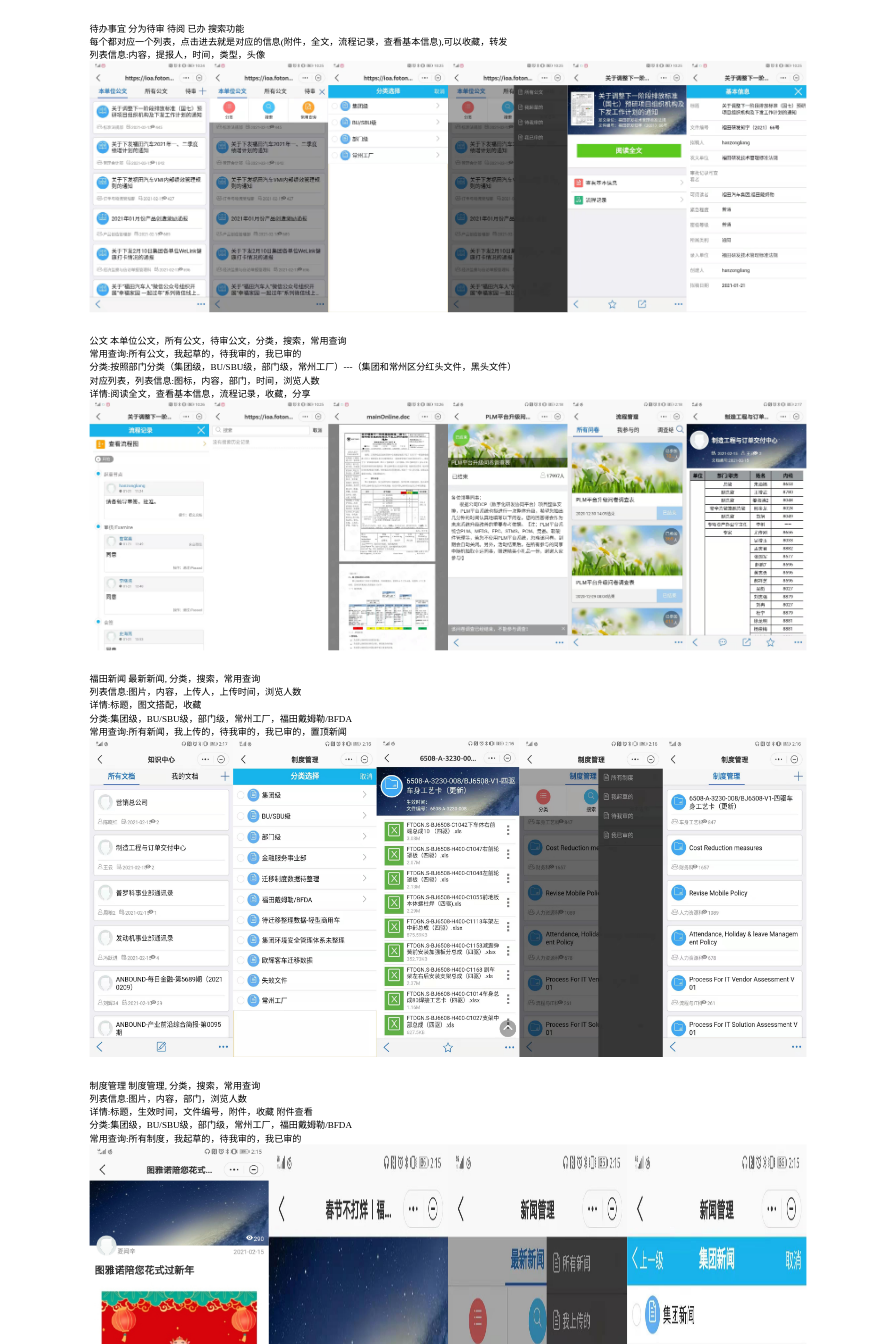
Repository: ch230/2021
Page: A.html
The author's editor kept a copy of each file at every save. The page is drawn from the files as they stood at one save, then again after the next save.
The browser window is 1280 px wide. The pictures show the part of the page from y = 0 to 1920 px (the page is 6471 px tall before and 21404 px after), at 70% of full size.

Above is the page before, as saved 2021-02-15 14:47:26.

### A.html
<!DOCTYPE html>
<html lang="en">
  <head>
    <meta charset="UTF-8" />
    <meta name="viewport" content="width=device-width, initial-scale=1.0" />
    <title>Document</title>
    <style>
      * {
        padding: 0;
        margin: 0;
        list-style: none;
      }
      body,
      html,
      #app {
        height: 100%;
        width: 100%;
        font-size: 13px;
      }
      #items {
        height: auto;
        width: 80%;
        margin: 30px auto;
      }
      #items div {
        width: 80%;
      }
      #items p {
      }
      #items ul {
        width: 100%;
        display: flex;
        flex-wrap: wrap;
      }
      #items ul li {
        flex: 1;
      }
      #items ul li img {
        display: inline-block;
        width: 100%;
        height: 100%;
      }
    </style>
  </head>
  <body>
    <div id="app">
      <!-- 待办事宜 -->
      <div id="items">
        <div>
          <p>待办事宜 分为待审 待阅 已办 搜索功能</p>
          <p>
            每个都对应一个列表，点击进去就是对应的信息(附件，全文，流程记录，查看基本信息),可以收藏，转发
          </p>
          <p>列表信息:内容，提报人，时间，类型，头像</p>
        </div>
        <ul>
          <li>
            <img src="./img/1.jpg" alt="" />
          </li>
          <li>
            <img src="./img/2.jpg" alt="" />
          </li>
          <li>
            <img src="./img/3.jpg" alt="" />
          </li>
          <li>
            <img src="./img/4.jpg" alt="" />
          </li>
          <li>
            <img src="./img/5.jpg" alt="" />
          </li>
          <li>
            <img src="./img/6.jpg" alt="" />
          </li>
        </ul>
      </div>
      <!-- 公文 -->
      <div id="items">
        <div>
          <p>公文 本单位公文，所有公文，待审公文，分类，搜索，常用查询</p>
          <p>常用查询:所有公文，我起草的，待我审的，我已审的</p>
          <p>
            分类:按照部门分类（集团级，BU/SBU级，部门级，常州工厂）---（集团和常州区分红头文件，黑头文件）
          </p>
          <p>对应列表，列表信息:图标，内容，部门，时间，浏览人数</p>
          <p>详情:阅读全文，查看基本信息，流程记录，收藏，分享</p>
        </div>
        <ul>
          <li>
            <img src="./img/7.jpg" alt="" />
          </li>
          <li>
            <img src="./img/8.jpg" alt="" />
          </li>
          <li>
            <img src="./img/9.jpg" alt="" />
          </li>
          <li>
            <img src="./img/10.jpg" alt="" />
          </li>
          <li>
            <img src="./img/11.jpg" alt="" />
          </li>
          <li>
            <img src="./img/12.jpg" alt="" />
          </li>
        </ul>
      </div>
      <!-- 福田新闻 -->
      <div id="items">
        <div>
          <p>福田新闻 最新新闻, 分类，搜索，常用查询</p>
          <p>列表信息:图片，内容，上传人，上传时间，浏览人数</p>
          <p>详情:标题，图文搭配，收藏</p>
          <p>分类:集团级，BU/SBU级，部门级，常州工厂，福田戴姆勒/BFDA</p>
          <p>常用查询:所有新闻，我上传的，待我审的，我已审的，置顶新闻</p>
        </div>
        <ul>
          <li>
            <img src="./img/13.jpg" alt="" />
          </li>
          <li>
            <img src="./img/14.jpg" alt="" />
          </li>
          <li>
            <img src="./img/15.jpg" alt="" />
          </li>
          <li>
            <img src="./img/16.jpg" alt="" />
          </li>
          <li>
            <img src="./img/17.jpg" alt="" />
          </li>
        </ul>
      </div>
      <!-- 制度管理 -->
      <div id="items">
        <div>
          <p>制度管理 制度管理, 分类，搜索，常用查询</p>
          <p>列表信息:图片，内容，部门，浏览人数</p>
          <p>详情:标题，生效时间，文件编号，附件，收藏 附件查看</p>
          <p>分类:集团级，BU/SBU级，部门级，常州工厂，福田戴姆勒/BFDA</p>
          <p>常用查询:所有制度，我起草的，待我审的，我已审的</p>
        </div>

        <ul>
          <li>
            <img src="./img/18.jpg" alt="" />
          </li>
          <li>
            <img src="./img/19.jpg" alt="" />
          </li>
          <li>
            <img src="./img/20.jpg" alt="" />
          </li>
          <li>
            <img src="./img/21.jpg" alt="" />
          </li>
        </ul>
      </div>
      <!-- OA知识中心 -->
      <div id="items">
        <div>
          <p>OA知识中心 所有文档, 我的文档，分类，搜索，常用查询</p>
          <p>列表信息:图片，内容，发布人，发布时间，浏览人数</p>
          <p>详情:内容，附件，收藏，评价 附件查看</p>
          <p>常用查询:所有制度，我起草的，待我审的，我已审的</p>
        </div>

        <ul>
          <li>
            <img src="./img/22.jpg" alt="" />
          </li>
          <li>
            <img src="./img/23.jpg" alt="" />
          </li>
          <li>
            <img src="./img/24.jpg" alt="" />
          </li>
          <li>
            <img src="./img/25.jpg" alt="" />
          </li>
          <li>
            <img src="./img/26.jpg" alt="" />
          </li>
        </ul>
      </div>
      <!-- OA调查问卷 -->
      <div id="items">
        <div>
          <p>OA调查问卷 所有问卷，我参与的，调查结果，搜索</p>
          <p>列表:已参与人数，结束时间，调查标题</p>
          <p>详情:问卷调查状态,参与人数，内容，标题</p>
        </div>
        <ul>
          <li>
            <img src="./img/27.jpg" alt="" />
          </li>
          <li>
            <img src="./img/28.jpg" alt="" />
          </li>
          <li>
            <img src="./img/29.jpg" alt="" />
          </li>
          <li>
            <img src="./img/30.jpg" alt="" />
          </li>
          <li>
            <img src="./img/31.jpg" alt="" />
          </li>
        </ul>
      </div>
    </div>
  </body>
</html>

After the next save:
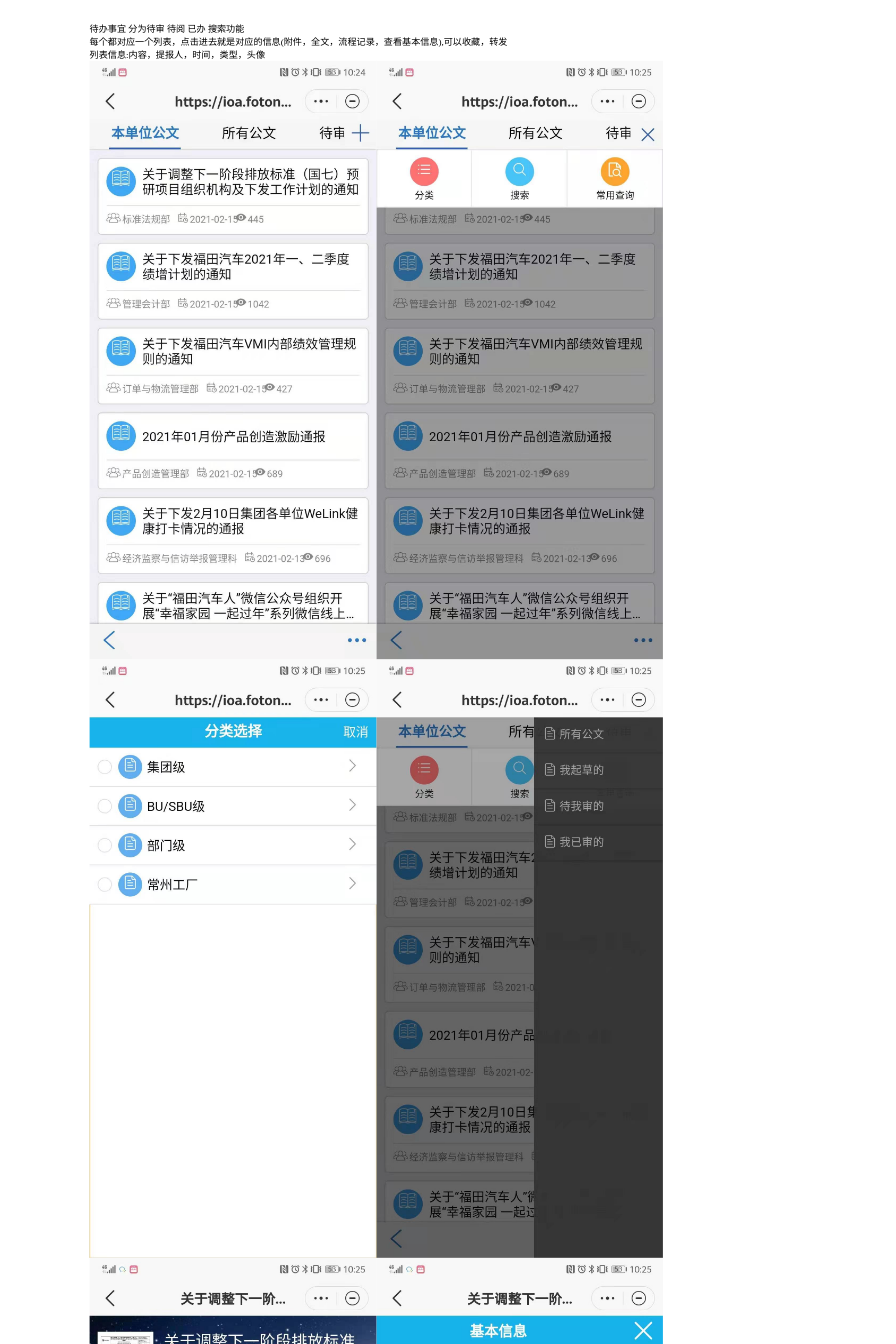
Saved 8 s later.
--- a/A.html
+++ b/A.html
@@ -33,7 +33,8 @@
         flex-wrap: wrap;
       }
       #items ul li {
-        flex: 1;
+        width: 40%;
+        /* flex: 1; */
       }
       #items ul li img {
         display: inline-block;
